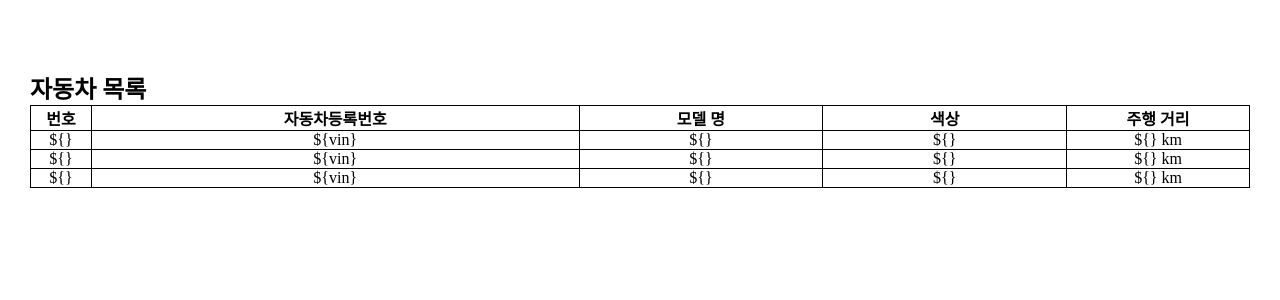
Repository: HI-CLAIRE/s.s.a.f.y_java
Page: Vue.js/Homework/vue_ws_02_1-master/list.html
These files come from the project's save history. The page is drawn as it stood at one moment and after the next save; the edit follows.
The browser window is 1280 px wide. The pictures show the whole page.

Above is the page before, as saved 2022-11-08 08:57:28.

### Vue.js/Homework/vue_ws_02_1-master/list.html
<!DOCTYPE html>
<html lang="ko">
  <head>
    <meta charset="UTF-8" />
    <meta name="viewport" content="width=device-width, initial-scale=1.0" />
    <title>자동차정보사이트</title>
    <link rel="stylesheet" href="./css/main.css" />
    <!-- Vue CDN -->
    <script src="https://cdn.jsdelivr.net/npm/vue@2/dist/vue.js"></script>
  </head>
  <body>
    <div id="app">
        <div class="header">
          <div>
            <a href="index.html" class="logo">자동차관리</a>
          </div>
          <div>
            <a href="create.html">자동차등록</a>
            <a href="list.html">자동차목록</a>
          </div>
        </div>
      <div class="container">
        <h2>자동차 목록</h2>
        <div v-if="cars.length">
          <table class="car-list">
            <colgroup>
              <col style="width: 5%" />
              <col style="width: 40%" />
              <col style="width: 20%" />
              <col style="width: 20%" />
              <col style="width: 15%" />
            </colgroup>
            <thead>
              <tr>
                <th>번호</th>
                <th>자동차등록번호</th>
                <th>모델 명</th>
                <th>색상</th>
                <th>주행 거리</th>
              </tr>
            </thead>
            <tbody>
              <!-- 반복문을 통해 출력한다. -->
              <tr v-for="(car, index) in cars" :key="index">
                <td>${}</td>
                <td>${vin}</td>
                <td>${}</td>
                <td>${}</td>
                <td>${} km</td>
              </tr>
            </tbody>
          </table>
        </div>
        <div v-else>등록된 자동차가 없습니다.</div>
      </div>
    </div>
    <script>
      new Vue({
        el: "#app",
        name: "list",
        data: {
          cars: [
            {
              vin: "KMHXX00XXXX000000",
              modelName: "소나타",
              color: "dark blue",
              mileage: 20000,
            },
            {
              vin: "KMHXX00XXXX000001",
              modelName: "아반떼",
              color: "gray",
              mileage: 1000,
            },
            {
              vin: "KNHXX00XXXX000001",
              modelName: "쏘렌토",
              color: "black",
              mileage: 100000,
            },
          ],
        },
      });
    </script>
  </body>
</html>

### Vue.js/Homework/vue_ws_02_1-master/css/main.css
/* 초기화 작업 */
* {
  margin: 0;
  padding: 0;
  box-sizing: border-box;
  list-style: none;
}

a {
  text-decoration: none;
  color: white;
}

.text-center {
  text-align: center;
 }

/* header 태그 안에 CSS 속성 */
header {
  height: 70px;
  background-color: skyblue;
  line-height: 70px;
  padding: 0px 30px;
}

.header-nav {
  display: flex;
  justify-content: space-between;
}

.logo {
  display: inline-block;
  font-size: 2rem;
  font-weight: bold;
  color: white;
}


/* content CSS */

.container {
  margin: 0px 30px;
}

.view {
  width: 80%;
  padding: 12px 20px;
  margin: 8px 0;
  display: inline-block;
  border: 1px solid #ccc;
  border-radius: 4px;
  box-sizing: border-box;
  color: #787878;
  font-size: medium;
}

label {
  display: inline-block;
  width: 130px;
}

.btn {
  width: 8%;
  background-color: #d0d3d0;
  color: rgb(80, 82, 79);
  padding: 14px 20px;
  margin: 8px 0;
  border: 1px solid #787878;
  border-radius: 4px;
  font-size: large;
  cursor: pointer;
}

/* 테이블 CSS */
.car-list {
  border-collapse: collapse;
  width: 100%;
  text-align: center;
  margin: auto;
}

.car-list td,
.car-list th {
  border: 1px solid black;
}

After the next save:
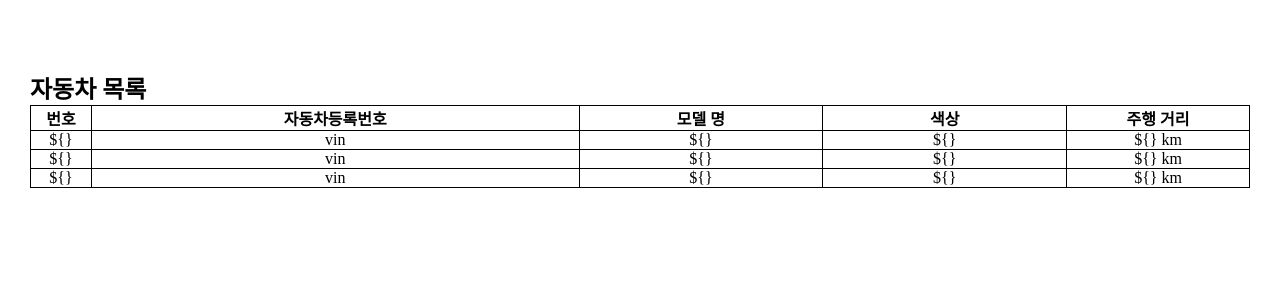
Saved 5 s later.
--- a/Vue.js/Homework/vue_ws_02_1-master/list.html
+++ b/Vue.js/Homework/vue_ws_02_1-master/list.html
@@ -43,7 +43,7 @@
               <!-- 반복문을 통해 출력한다. -->
               <tr v-for="(car, index) in cars" :key="index">
                 <td>${}</td>
-                <td>${vin}</td>
+                <td>vin</td>
                 <td>${}</td>
                 <td>${}</td>
                 <td>${} km</td>
